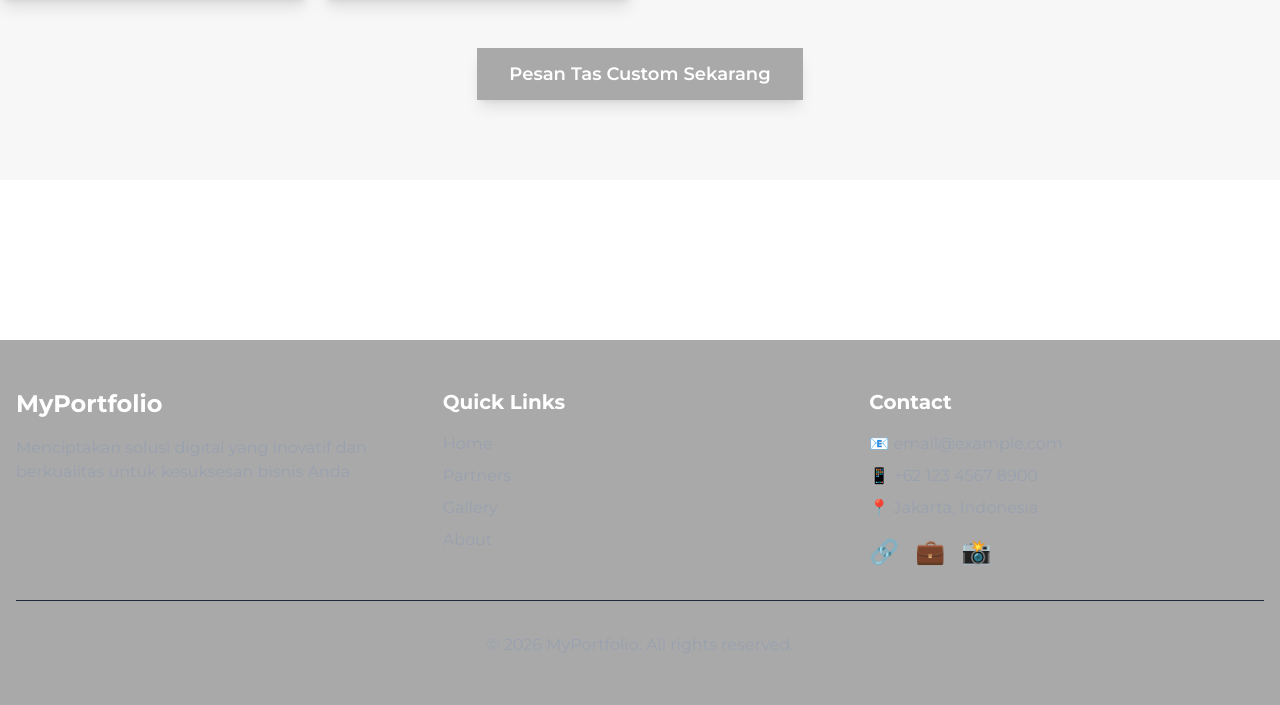
Repository: faridfirdaus-fred/konveksi_misju
Page: /
An editor plug-in stored every save of this project. The page is shown before and after the next save, followed by the edit.
The browser window is 1280 px wide. The pictures show the part of the page from y = 2695 to 3448 px (the page is 3400 px tall before and 3448 px after).
The project was rebuilt for these pictures with package versions that can differ from the ones it lists, and the page was loaded fresh each time. Also part of the build but not shown: vite.config.js.

Above is the page before, as saved 2026-01-09 21:20:19.

After the next save:
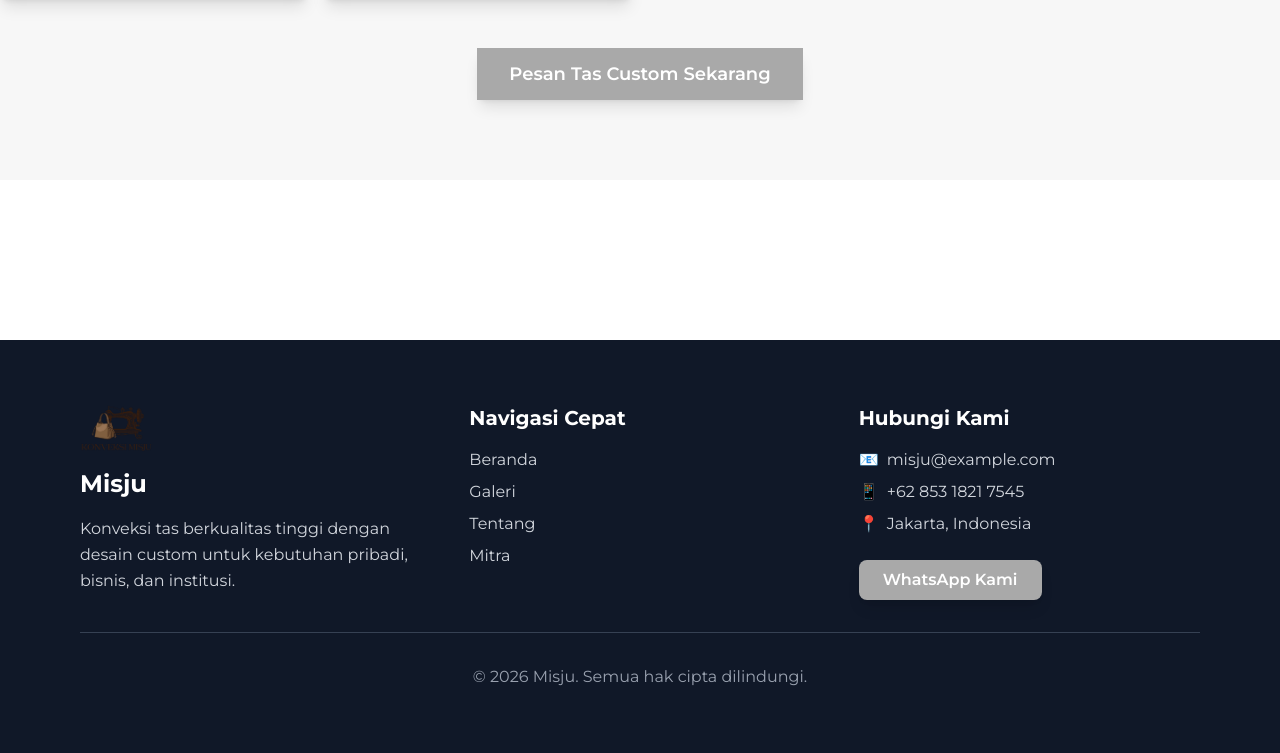
Saved 38 s later.
--- a/src/components/Footer.jsx
+++ b/src/components/Footer.jsx
@@ -1,3 +1,5 @@
+import logo from '../assets/logo.webp'
+
 function Footer() {
   const scrollToSection = (id) => {
     const element = document.getElementById(id)
@@ -7,39 +9,40 @@
   }
 
   return (
-    <footer id="footer" className="bg-primary text-white py-12 px-4">
-      <div className="max-w-7xl mx-auto">
-        <div className="grid grid-cols-1 md:grid-cols-3 gap-8 mb-8">
+    <footer id="footer" className="bg-gray-900 text-white py-12 md:py-16 px-4 md:px-8 lg:px-20">
+      <div className="w-full mx-auto">
+        <div className="grid grid-cols-1 md:grid-cols-3 gap-8 md:gap-12 mb-8">
           {/* About */}
           <div>
-            <h3 className="text-2xl font-bold mb-4">MyPortfolio</h3>
-            <p className="text-gray-400">
-              Menciptakan solusi digital yang inovatif dan berkualitas untuk kesuksesan bisnis Anda
+            <img src={logo} alt="Misju Logo" className="h-12 w-auto mb-4" />
+            <h3 className="text-xl md:text-2xl font-bold mb-3 md:mb-4">Misju</h3>
+            <p className="text-gray-300 text-sm md:text-base leading-relaxed">
+              Konveksi tas berkualitas tinggi dengan desain custom untuk kebutuhan pribadi, bisnis, dan institusi.
             </p>
           </div>
 
           {/* Quick Links */}
           <div>
-            <h3 className="text-xl font-bold mb-4">Quick Links</h3>
+            <h3 className="text-lg md:text-xl font-bold mb-3 md:mb-4">Navigasi Cepat</h3>
             <ul className="space-y-2">
               <li>
-                <button onClick={() => scrollToSection('home')} className="text-gray-400 hover:text-white transition">
-                  Home
+                <button onClick={() => scrollToSection('home')} className="text-gray-300 hover:text-white transition text-sm md:text-base">
+                  Beranda
                 </button>
               </li>
               <li>
-                <button onClick={() => scrollToSection('partners')} className="text-gray-400 hover:text-white transition">
-                  Partners
+                <button onClick={() => scrollToSection('gallery')} className="text-gray-300 hover:text-white transition text-sm md:text-base">
+                  Galeri
                 </button>
               </li>
               <li>
-                <button onClick={() => scrollToSection('gallery')} className="text-gray-400 hover:text-white transition">
-                  Gallery
+                <button onClick={() => scrollToSection('about')} className="text-gray-300 hover:text-white transition text-sm md:text-base">
+                  Tentang
                 </button>
               </li>
               <li>
-                <button onClick={() => scrollToSection('about')} className="text-gray-400 hover:text-white transition">
-                  About
+                <button onClick={() => scrollToSection('partners')} className="text-gray-300 hover:text-white transition text-sm md:text-base">
+                  Mitra
                 </button>
               </li>
             </ul>
@@ -47,22 +50,36 @@
 
           {/* Contact */}
           <div>
-            <h3 className="text-xl font-bold mb-4">Contact</h3>
-            <ul className="space-y-2 text-gray-400">
-              <li>📧 email@example.com</li>
-              <li>📱 +62 123 4567 8900</li>
-              <li>📍 Jakarta, Indonesia</li>
+            <h3 className="text-lg md:text-xl font-bold mb-3 md:mb-4">Hubungi Kami</h3>
+            <ul className="space-y-2 text-gray-300 text-sm md:text-base">
+              <li className="flex items-start gap-2">
+                <span>📧</span>
+                <span>misju@example.com</span>
+              </li>
+              <li className="flex items-start gap-2">
+                <span>📱</span>
+                <span>+62 853 1821 7545</span>
+              </li>
+              <li className="flex items-start gap-2">
+                <span>📍</span>
+                <span>Jakarta, Indonesia</span>
+              </li>
             </ul>
-            <div className="flex gap-4 mt-4">
-              <a href="#" className="text-2xl hover:text-blue-400 transition">🔗</a>
-              <a href="#" className="text-2xl hover:text-blue-400 transition">💼</a>
-              <a href="#" className="text-2xl hover:text-blue-400 transition">📸</a>
+            <div className="mt-6">
+              <a
+                href="https://wa.me/6285318217545"
+                target="_blank"
+                rel="noopener noreferrer"
+                className="inline-block bg-primary text-white px-6 py-2 rounded-lg transition hover:bg-white hover:text-primary shadow-lg text-sm md:text-base font-semibold"
+              >
+                WhatsApp Kami
+              </a>
             </div>
           </div>
         </div>
 
-        <div className="border-t border-gray-800 pt-8 text-center text-gray-400">
-          <p>&copy; 2026 MyPortfolio. All rights reserved.</p>
+        <div className="border-t border-gray-700 pt-6 md:pt-8 text-center">
+          <p className="text-gray-400 text-sm md:text-base">&copy; 2026 Misju. Semua hak cipta dilindungi.</p>
         </div>
       </div>
     </footer>
